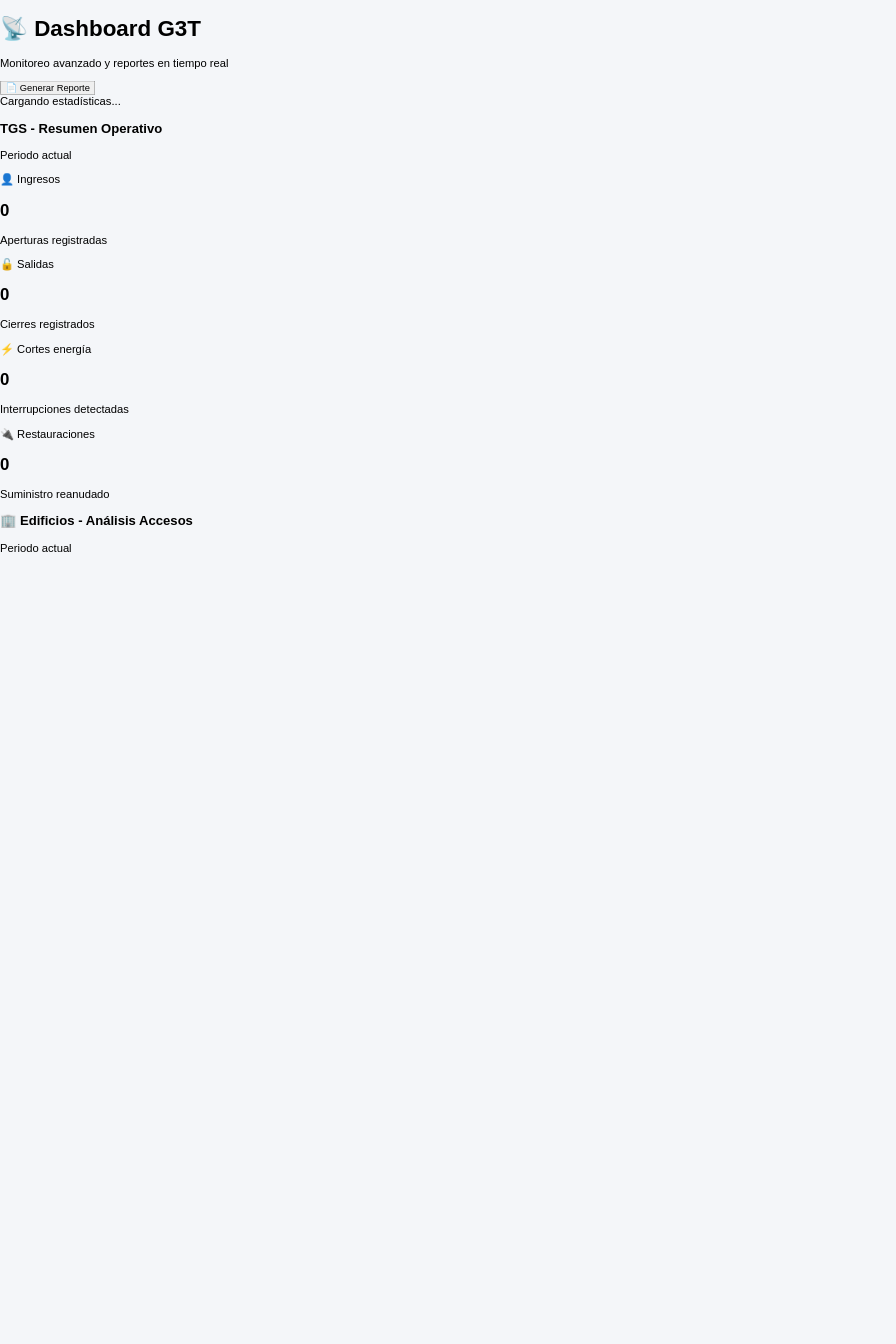
Repository: BBrian11/reportes
Page: /
An editor plug-in stored every save of this project. The page is shown before and after the next save, followed by the edit.
The browser window is 1280 px wide. The pictures show the part of the page from y = 0 to 1920 px (the page is 3137 px tall before and 3354 px after), at 70% of full size.
The page's requests for data from a server got no answer. The project was rebuilt for these pictures with package versions that can differ from the ones it lists, and the page was loaded fresh each time. Some packages were replaced by stand-ins written for this rebuild. No one was signed in, and anything a server would have sent is missing. Also part of the build but not shown: vite.config.js, src/components/Dashboard/PieChart.jsx, src/styles/form.css.

Above is the page before, as saved 2025-07-29 15:44:55.

### index.html
<!DOCTYPE html>
<html lang="es">
  <head>
    <meta charset="UTF-8" />
    <meta name="viewport" content="width=device-width, initial-scale=1.0" />
    <title>Dashboard G3T</title>
  </head>
  <body>
    <div id="root"></div>
    <script type="module" src="/src/main.jsx"></script>
  </body>
</html>

### src/main.jsx
import React from "react";
import ReactDOM from "react-dom/client";
import App from "./App.jsx";
import "./styles/dashboard.css";
import "./styles/form.css";

ReactDOM.createRoot(document.getElementById("root")).render(
  <React.StrictMode>
    <App />
  </React.StrictMode>
);

### src/App.jsx
import React from "react";
import Dashboard from "./components/Dashboard/Dashboard.jsx";

export default function App() {
  return <Dashboard />;
}

### src/styles/dashboard.css
body { font-family: Arial; margin: 0; background: #f4f6f9; }
.dashboard-banner { background: #203a43; color: #fff; padding: 15px; }
.stats-cards { display: flex; gap: 10px; margin: 10px; }
.card { background: white; padding: 15px; border-radius: 8px; box-shadow: 0 2px 6px rgba(0,0,0,0.1); }

### src/components/Dashboard/Header.jsx
// src/components/Dashboard/Header.jsx
import React from "react";

export default function Header() {
  return (
    <div className="dashboard-header">
      <div>
        <h1>📡 Dashboard G3T</h1>
        <p>Monitoreo avanzado y reportes en tiempo real</p>
      </div>
      <button className="btn-primary">📄 Generar Reporte</button>
    </div>
  );
}

### src/components/Dashboard/StatsCards.jsx
import React from "react";

export default function StatsCards({ eventos }) {
  if (!eventos || eventos.length === 0) {
    return (
      <div className="flex justify-center items-center text-gray-500 mb-6 animate-pulse">
        Cargando estadísticas...
      </div>
    );
  }

  // Calcular métricas
  const eventCount = {};
  const locationCount = {};

  eventos.forEach((e) => {
    eventCount[e.evento] = (eventCount[e.evento] || 0) + 1;
    locationCount[e.ubicacion] = (locationCount[e.ubicacion] || 0) + 1;
  });

  const eventoMasFrecuente =
    Object.entries(eventCount).sort((a, b) => b[1] - a[1])[0][0];
  const ubicacionMasFrecuente =
    Object.entries(locationCount).sort((a, b) => b[1] - a[1])[0][0];

  const eventosCriticosLista = [
    "alarma",
    "puerta forzada",
    "coacción",
    "pánico",
    "intrusión",
    "robo",
  ];

  const eventoCritico =
    eventos.find((e) =>
      eventosCriticosLista.some((critico) =>
        e.evento.toLowerCase().includes(critico)
      )
    )?.evento || "Sin Evento Crítico";

  return (
    <div className="grid grid-cols-1 md:grid-cols-3 gap-6 mb-6">
      <div className="bg-white rounded-xl shadow-md p-6 text-center hover:shadow-lg transition">
        <span className="text-blue-500 text-3xl">🚨</span>
        <h2 className="text-xl font-bold mt-2">{eventoMasFrecuente}</h2>
        <p className="text-gray-500 mt-1 text-sm">
          Evento más frecuente del período
        </p>
      </div>
      <div className="bg-white rounded-xl shadow-md p-6 text-center hover:shadow-lg transition">
        <span className="text-green-500 text-3xl">📍</span>
        <h2 className="text-xl font-bold mt-2">{ubicacionMasFrecuente}</h2>
        <p className="text-gray-500 mt-1 text-sm">
          Ubicación con más actividad
        </p>
      </div>
      <div className="bg-white rounded-xl shadow-md p-6 text-center hover:shadow-lg transition">
        <span className="text-red-500 text-3xl">⚠</span>
        <h2 className="text-xl font-bold mt-2">{eventoCritico}</h2>
        <p className="text-gray-500 mt-1 text-sm">Evento crítico detectado</p>
      </div>
    </div>
  );
}

### src/components/Dashboard/Filters.jsx
import React from "react";

export default function Filters({ filtros, setFiltros, eventos }) {
  // Filtrar dinámicamente
  const eventosPorCliente = filtros.cliente
    ? eventos.filter((e) => e.cliente === filtros.cliente)
    : eventos;

  const clientes = [...new Set(eventos.map((e) => e.cliente))];
  const eventosUnicos = [...new Set(eventosPorCliente.map((e) => e.evento))];
  const ubicaciones = [...new Set(eventosPorCliente.map((e) => e.ubicacion))];

  return (
    <div className="filters-box">
      {/* Cliente */}
      <div className="filter-item">
        <label className="filter-label">Cliente</label>
        <select
          className="filter-select"
          value={filtros.cliente}
          onChange={(e) =>
            setFiltros({ ...filtros, cliente: e.target.value, evento: "", ubicacion: "" })
          }
        >
          <option value="">Todos</option>
          {clientes.map((c, idx) => (
            <option key={idx} value={c}>
              {c}
            </option>
          ))}
        </select>
      </div>

      {/* Evento */}
      <div className="filter-item">
        <label className="filter-label">Evento</label>
        <select
          className="filter-select"
          value={filtros.evento}
          onChange={(e) => setFiltros({ ...filtros, evento: e.target.value })}
          disabled={!filtros.cliente}
        >
          <option value="">Todos</option>
          {eventosUnicos.map((ev, idx) => (
            <option key={idx} value={ev}>
              {ev}
            </option>
          ))}
        </select>
      </div>

      {/* Ubicación */}
      <div className="filter-item">
        <label className="filter-label">Ubicación</label>
        <select
          className="filter-select"
          value={filtros.ubicacion}
          onChange={(e) => setFiltros({ ...filtros, ubicacion: e.target.value })}
          disabled={!filtros.cliente}
        >
          <option value="">Todas</option>
          {ubicaciones.map((u, idx) => (
            <option key={idx} value={u}>
              {u}
            </option>
          ))}
        </select>
      </div>

      {/* Fechas */}
      <div className="filter-item">
        <label className="filter-label">Desde</label>
        <input
          type="date"
          className="filter-input"
          value={filtros.fechaInicio}
          onChange={(e) => setFiltros({ ...filtros, fechaInicio: e.target.value })}
        />
      </div>
      <div className="filter-item">
        <label className="filter-label">Hasta</label>
        <input
          type="date"
          className="filter-input"
          value={filtros.fechaFin}
          onChange={(e) => setFiltros({ ...filtros, fechaFin: e.target.value })}
        />
      </div>
    </div>
  );
}

### src/components/Dashboard/Charts.jsx
// src/components/Dashboard/Charts.jsx
import React from "react";
import BarChart from "./BarChart.jsx";
import PieChart from "./PieChart.jsx";
import LineChart from "./LineChart.jsx";
import {
  Chart as ChartJS,
  CategoryScale,
  LinearScale,
  BarElement,
  ArcElement,
  Title,
  Tooltip,
  Legend,
} from "chart.js";

ChartJS.register(
  CategoryScale,
  LinearScale,
  BarElement,
  ArcElement,
  Title,
  Tooltip,
  Legend
);

export default function Charts({ eventos }) {
  return (
    <div className="grid grid-cols-1 gap-6 md:grid-cols-2 mb-6">
      <div className="col-span-2 bg-white rounded-lg shadow p-4">
        <h3 className="text-lg font-bold mb-2 text-center">📊 Eventos en el Tiempo</h3>
        <BarChart eventos={eventos} />
      </div>

      <div className="bg-white rounded-lg shadow p-4">
        <h3 className="text-lg font-bold mb-2 text-center">📉 Tendencia de Eventos</h3>
        <LineChart eventos={eventos} />
      </div>
    </div>
  );
}

### src/components/Dashboard/EventsTable.jsx
import React from "react";
import DataTable, { createTheme } from "react-data-table-component";

// ✅ Crear tema personalizado para DataTable
createTheme("g3tTheme", {
  text: {
    primary: "#1f2937",
    secondary: "#6b7280",
  },
  background: {
    default: "#ffffff",
  },
  context: {
    background: "#2563eb",
    text: "#FFFFFF",
  },
  divider: {
    default: "#e5e7eb",
  },
  action: {
    button: "rgba(0,0,0,.54)",
    hover: "rgba(0,0,0,.08)",
    disabled: "rgba(0,0,0,.12)",
  },
});

export default function EventsTable({ eventos }) {
  const columns = [
    {
      name: "Cliente",
      selector: (row) => row.cliente,
      sortable: true,
      grow: 1.2,
    },
    {
      name: "Evento",
      selector: (row) => row.evento,
      sortable: true,
      grow: 1.5,
    },
    { name: "Ubicación", selector: (row) => row.ubicacion, grow: 1.3 },
    {
      name: "Fecha",
      selector: (row) => row.fecha,
      sortable: true,
      right: true,
      grow: 1.2,
    },
    {
      name: "Observación",
      selector: (row) => row.observacion,
      grow: 2,
      wrap: true,
    },
  ];

  const customStyles = {
    headCells: {
      style: {
        fontWeight: "700",
        fontSize: "14px",
        backgroundColor: "#111827",
        color: "#fff",
        paddingTop: "12px",
        paddingBottom: "12px",
      },
    },
    cells: {
      style: {
        fontSize: "13px",
        paddingTop: "8px",
        paddingBottom: "8px",
      },
    },
    rows: {
      style: {
        "&:hover": {
          backgroundColor: "#f3f4f6",
          cursor: "pointer",
        },
      },
    },
  };

  return (
    <div className="table-wrapper">
      <h3 className="text-lg font-bold mb-4 flex items-center gap-2 text-gray-700">
        📋 Registro de Eventos
      </h3>
      <DataTable
        columns={columns}
        data={eventos}
        pagination
        highlightOnHover
        responsive
        persistTableHead
        striped
        noDataComponent="No hay eventos para mostrar."
        theme="g3tTheme"
        customStyles={customStyles}
        paginationPerPage={10}
        paginationRowsPerPageOptions={[10, 20, 50]}
        fixedHeader
        fixedHeaderScrollHeight="400px"
      />
    </div>
  );
}

### src/components/Dashboard/ExportPDF.jsx
import React from "react";
import jsPDF from "jspdf";
import autoTable from "jspdf-autotable";
import html2canvas from "html2canvas";
import Swal from "sweetalert2";

export default function ExportPDF({ eventos }) {
  const generateReport = async () => {
    if (eventos.length === 0) {
      Swal.fire("Aviso", "No hay datos para exportar.", "warning");
      return;
    }

    // ✅ Crear documento PDF A4 vertical
    const pdf = new jsPDF("p", "mm", "a4");
    pdf.setFont("helvetica", "bold");
    pdf.setFontSize(18);
    pdf.text("Reporte de Monitoreo ", 105, 15, { align: "center" });

    pdf.setFontSize(12);
    pdf.setFont("helvetica", "normal");
    pdf.text(`Generado el: ${new Date().toLocaleString("es-AR")}`, 14, 25);
    pdf.line(10, 28, 200, 28);

    let y = 35;

    // ✅ Capturar gráficos (EXCLUYENDO PieChart)
    const charts = ["barChart", "lineChart"]; // Eliminamos "pieChart"
    for (const chartId of charts) {
      const chartElement = document.getElementById(chartId);
      if (chartElement) {
        const canvas = await html2canvas(chartElement, {
          backgroundColor: "#fff",
          scale: 2,
        });

        // ✅ Mantener proporción del gráfico
        const imgWidth = 180; // Ancho fijo
        const imgHeight = (canvas.height * imgWidth) / canvas.width; // Mantener ratio
        if (y + imgHeight > 260) {
          // Si no entra, crear nueva página
          pdf.addPage();
          y = 20;
        }
        pdf.addImage(canvas.toDataURL("image/png"), "PNG", 15, y, imgWidth, imgHeight);
        y += imgHeight + 10; // Espacio entre gráficos
      }
    }

    // ✅ Tabla de eventos
    if (y + 40 > 280) {
      pdf.addPage();
      y = 20;
    }
    autoTable(pdf, {
      startY: y + 5,
      head: [["Cliente", "Evento", "Ubicación", "Fecha", "Observación"]],
      body: eventos.map((e) => [e.cliente, e.evento, e.ubicacion, e.fecha, e.observacion]),
      theme: "striped",
      styles: { fontSize: 9 },
      headStyles: { fillColor: [37, 99, 235], textColor: 255 },
    });

    pdf.save(`REPORTE_G3T_${Date.now()}.pdf`);
  };

  return (
    <div className="text-right mb-6">
      <button onClick={generateReport} className="btn-primary">
        📄 Generar Reporte
      </button>
    </div>
  );
}

### src/components/Dashboard/TgsStats.jsx
import React from "react";
import { Bar } from "react-chartjs-2";

export default function TgsStats({ eventos }) {
  const aperturas = eventos.filter(e => e.evento.includes("Ingreso de Personal")).length;
  const cierres = eventos.filter(e => e.evento.includes("Salida de Personal")).length;
  const cortes = eventos.filter(e => e.evento.includes("Corte de energía eléctrica")).length;
  const restauraciones = eventos.filter(e => e.evento.includes("Restauración de energía eléctrica")).length;

  const chartData = {
    labels: ["Ingresos", "Salidas", "Cortes", "Restauraciones"],
    datasets: [
      {
        data: [aperturas, cierres, cortes, restauraciones],
        backgroundColor: ["#2563eb", "#10b981", "#f59e0b", "#ef4444"],
        borderRadius: 8,
      }
    ]
  };

  return (
    <div className="analytics-widget bg-white p-6 rounded-xl shadow-md mb-6">
      <div className="flex justify-between items-center mb-4">
        <h3 className="text-xl font-bold text-gray-700">TGS - Resumen Operativo</h3>
        <span className="text-sm text-gray-500">Periodo actual</span>
      </div>
      <div className="grid grid-cols-2 md:grid-cols-4 gap-4 mb-4">
        <div className="kpi-card bg-blue-50">
          <p className="kpi-title">👤 Ingresos</p>
          <h2 className="kpi-value">{aperturas}</h2>
          <p className="kpi-sub">Aperturas registradas</p>
        </div>
        <div className="kpi-card bg-green-50">
          <p className="kpi-title">🔓 Salidas</p>
          <h2 className="kpi-value">{cierres}</h2>
          <p className="kpi-sub">Cierres registrados</p>
        </div>
        <div className="kpi-card bg-yellow-50">
          <p className="kpi-title">⚡ Cortes energía</p>
          <h2 className="kpi-value">{cortes}</h2>
          <p className="kpi-sub">Interrupciones detectadas</p>
        </div>
        <div className="kpi-card bg-red-50">
          <p className="kpi-title">🔌 Restauraciones</p>
          <h2 className="kpi-value">{restauraciones}</h2>
          <p className="kpi-sub">Suministro reanudado</p>
        </div>
      </div>

    </div>
  );
}

### src/components/Dashboard/EdificioStats.jsx
import React from "react";
import { Doughnut } from "react-chartjs-2";

export default function EdificioStats({ eventos }) {
  const totalPMA = eventos.filter((e) =>
    e.evento.includes("Puerta Mantenida Abierta")
  ).length;
  const totalForzada = eventos.filter((e) =>
    e.evento.includes("Puerta Forzada")
  ).length;

  const encargados = {};
  eventos.forEach((e) => {
    if (e.evento.includes("Puerta Mantenida Abierta") && e.observacion) {
      if (e.observacion.includes("Encargado")) {
        encargados[e.observacion] = (encargados[e.observacion] || 0) + 1;
      }
    }
  });
  const topEncargados = Object.entries(encargados)
    .sort((a, b) => b[1] - a[1])
    .slice(0, 5);

  const chartData = {
    labels: ["Puerta Mantenida", "Puerta Forzada"],
    datasets: [
      {
        data: [totalPMA, totalForzada],
        backgroundColor: ["#3b82f6", "#ef4444"],
        borderWidth: 2,
      },
    ],
  };

  return (
    <div className="bg-white rounded-xl shadow-md p-6 mb-6 hover:shadow-lg transition">
      <div className="flex justify-between items-center mb-4">
        <h3 className="text-xl font-bold text-gray-700">
          🏢 Edificios - Análisis Accesos
        </h3>
        <span className="text-sm text-gray-500">Periodo actual</span>
      </div>
      <div className="grid grid-cols-1 md:grid-cols-2 gap-6">
        <div>
          <Doughnut
            data={chartData}
            options={{ plugins: { legend: { position: "bottom" } } }}
          />
        </div>
        <div>
          <h4 className="font-semibold text-gray-600 mb-3">
            Ranking Encargados (PMA)
          </h4>
          <ul className="space-y-1">
            {topEncargados.length > 0 ? (
              topEncargados.map(([nombre, count], idx) => (
                <li
                  key={idx}
                  className="flex justify-between text-sm border-b pb-1"
                >
                  <span>{nombre}</span>
                  <span className="font-bold">{count}</span>
                </li>
              ))
            ) : (
              <li className="text-gray-500">No hay datos</li>
            )}
          </ul>
        </div>
      </div>
    </div>
  );
}

### src/components/Dashboard/BarChart.jsx
// src/components/Dashboard/BarChart.jsx
import React, { useEffect } from "react";
import * as echarts from "echarts";

export default function BarChart({ eventos }) {
  useEffect(() => {
    const chartDom = document.getElementById("barChart");
    const myChart = echarts.init(chartDom);

    const eventCounts = {};
    eventos.forEach((e) => {
      const fecha = e.fecha.split(",")[0];
      eventCounts[fecha] = (eventCounts[fecha] || 0) + 1;
    });

    const labels = Object.keys(eventCounts);
    const values = Object.values(eventCounts);

    myChart.setOption({
      tooltip: { trigger: "axis" },
      xAxis: { type: "category", data: labels },
      yAxis: { type: "value" },
      series: [
        {
          data: values,
          type: "bar",
          itemStyle: { color: "#20B2AA" },
          label: { show: true, position: "top" },
        },
      ],
    });

    return () => myChart.dispose();
  }, [eventos]);

  return <div id="barChart" style={{ height: "300px" }}></div>;
}

### src/components/Dashboard/LineChart.jsx
// src/components/Dashboard/LineChart.jsx
import React, { useEffect } from "react";
import * as echarts from "echarts";

export default function LineChart({ eventos }) {
  useEffect(() => {
    const chartDom = document.getElementById("lineChart");
    const myChart = echarts.init(chartDom);

    const dateCounts = {};
    eventos.forEach((e) => {
      const fecha = e.fecha.split(",")[0];
      dateCounts[fecha] = (dateCounts[fecha] || 0) + 1;
    });

    const labels = Object.keys(dateCounts);
    const values = Object.values(dateCounts);

    myChart.setOption({
      tooltip: { trigger: "axis" },
      xAxis: { type: "category", data: labels },
      yAxis: { type: "value" },
      series: [
        {
          data: values,
          type: "line",
          smooth: true,
          itemStyle: { color: "#FF6F61" },
        },
      ],
    });

    return () => myChart.dispose();
  }, [eventos]);

  return <div id="lineChart" style={{ height: "300px" }}></div>;
}

Loaded but not shown: src/services/firebase.js (16 lines, source omitted); src/components/Dashboard/Dashboard.jsx (105 lines, source omitted)

After the next save:
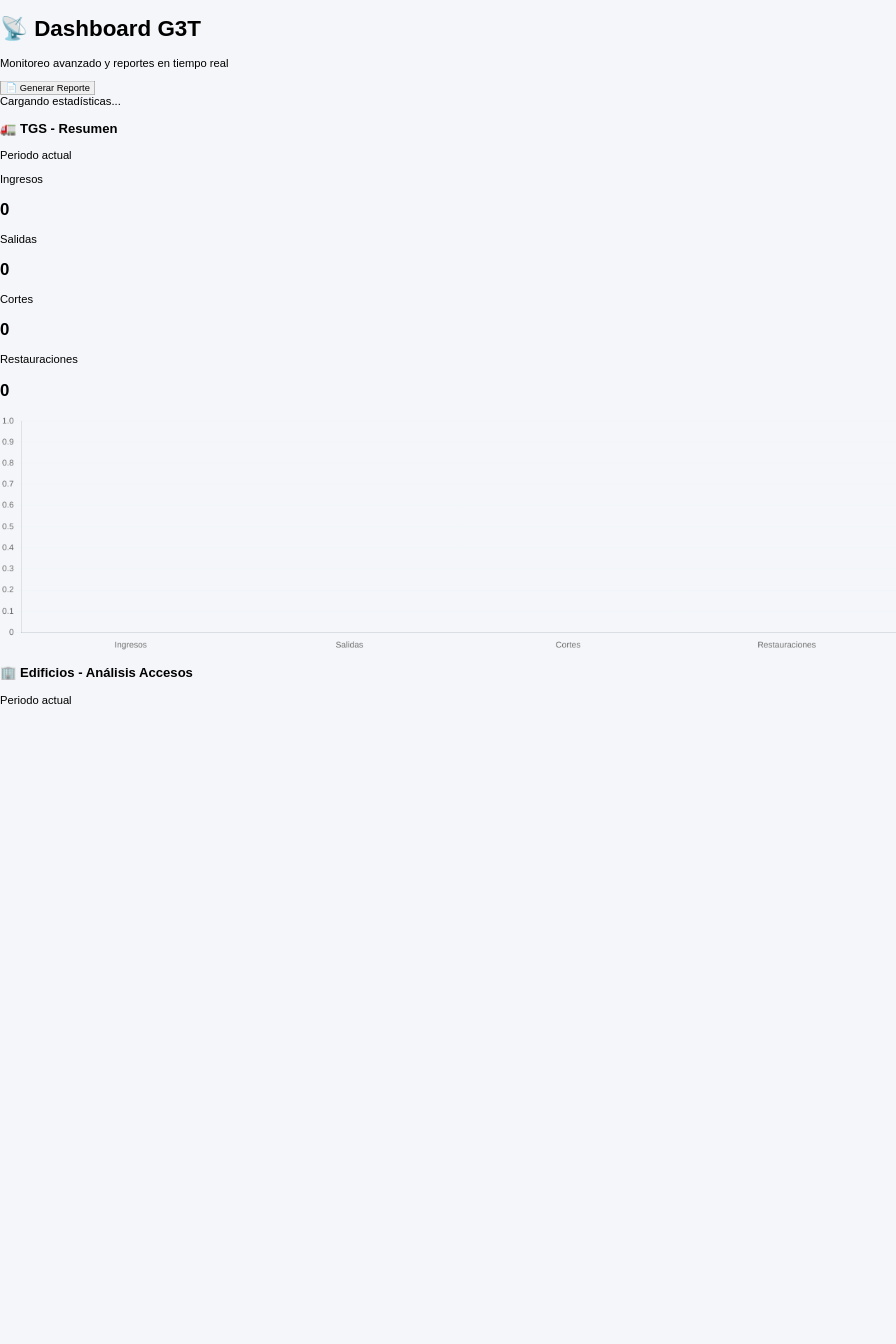
Saved 7 s later.
--- a/src/components/Dashboard/TgsStats.jsx
+++ b/src/components/Dashboard/TgsStats.jsx
@@ -2,10 +2,18 @@ import React from "react";
 import { Bar } from "react-chartjs-2";
 
 export default function TgsStats({ eventos }) {
-  const aperturas = eventos.filter(e => e.evento.includes("Ingreso de Personal")).length;
-  const cierres = eventos.filter(e => e.evento.includes("Salida de Personal")).length;
-  const cortes = eventos.filter(e => e.evento.includes("Corte de energía eléctrica")).length;
-  const restauraciones = eventos.filter(e => e.evento.includes("Restauración de energía eléctrica")).length;
+  const aperturas = eventos.filter((e) =>
+    e.evento.includes("Ingreso de Personal")
+  ).length;
+  const cierres = eventos.filter((e) =>
+    e.evento.includes("Salida de Personal")
+  ).length;
+  const cortes = eventos.filter((e) =>
+    e.evento.includes("Corte de energía eléctrica")
+  ).length;
+  const restauraciones = eventos.filter((e) =>
+    e.evento.includes("Restauración de energía eléctrica")
+  ).length;
 
   const chartData = {
     labels: ["Ingresos", "Salidas", "Cortes", "Restauraciones"],
@@ -13,40 +21,47 @@ export default function TgsStats({ eventos }) {
       {
         data: [aperturas, cierres, cortes, restauraciones],
         backgroundColor: ["#2563eb", "#10b981", "#f59e0b", "#ef4444"],
-        borderRadius: 8,
-      }
-    ]
+        borderRadius: 6,
+      },
+    ],
   };
 
   return (
-    <div className="analytics-widget bg-white p-6 rounded-xl shadow-md mb-6">
+    <div className="bg-white rounded-xl shadow-md p-6 mb-6 hover:shadow-lg transition">
       <div className="flex justify-between items-center mb-4">
-        <h3 className="text-xl font-bold text-gray-700">TGS - Resumen Operativo</h3>
+        <h3 className="text-xl font-bold text-gray-700">🚛 TGS - Resumen</h3>
         <span className="text-sm text-gray-500">Periodo actual</span>
       </div>
-      <div className="grid grid-cols-2 md:grid-cols-4 gap-4 mb-4">
-        <div className="kpi-card bg-blue-50">
-          <p className="kpi-title">👤 Ingresos</p>
-          <h2 className="kpi-value">{aperturas}</h2>
-          <p className="kpi-sub">Aperturas registradas</p>
+      <div className="grid grid-cols-2 md:grid-cols-4 gap-4 mb-6">
+        <div className="bg-blue-50 p-3 rounded-lg text-center">
+          <p className="text-sm text-gray-500">Ingresos</p>
+          <h2 className="text-2xl font-bold text-blue-700">{aperturas}</h2>
         </div>
-        <div className="kpi-card bg-green-50">
-          <p className="kpi-title">🔓 Salidas</p>
-          <h2 className="kpi-value">{cierres}</h2>
-          <p className="kpi-sub">Cierres registrados</p>
+        <div className="bg-green-50 p-3 rounded-lg text-center">
+          <p className="text-sm text-gray-500">Salidas</p>
+          <h2 className="text-2xl font-bold text-green-700">{cierres}</h2>
         </div>
-        <div className="kpi-card bg-yellow-50">
-          <p className="kpi-title">⚡ Cortes energía</p>
-          <h2 className="kpi-value">{cortes}</h2>
-          <p className="kpi-sub">Interrupciones detectadas</p>
+        <div className="bg-yellow-50 p-3 rounded-lg text-center">
+          <p className="text-sm text-gray-500">Cortes</p>
+          <h2 className="text-2xl font-bold text-yellow-600">{cortes}</h2>
         </div>
-        <div className="kpi-card bg-red-50">
-          <p className="kpi-title">🔌 Restauraciones</p>
-          <h2 className="kpi-value">{restauraciones}</h2>
-          <p className="kpi-sub">Suministro reanudado</p>
+        <div className="bg-red-50 p-3 rounded-lg text-center">
+          <p className="text-sm text-gray-500">Restauraciones</p>
+          <h2 className="text-2xl font-bold text-red-700">{restauraciones}</h2>
         </div>
       </div>
-
+      <Bar
+        data={chartData}
+        options={{
+          responsive: true,
+          plugins: { legend: { display: false } },
+          scales: {
+            x: { grid: { display: false } },
+            y: { grid: { color: "#f1f5f9" } },
+          },
+        }}
+        height={80}
+      />
     </div>
   );
 }
